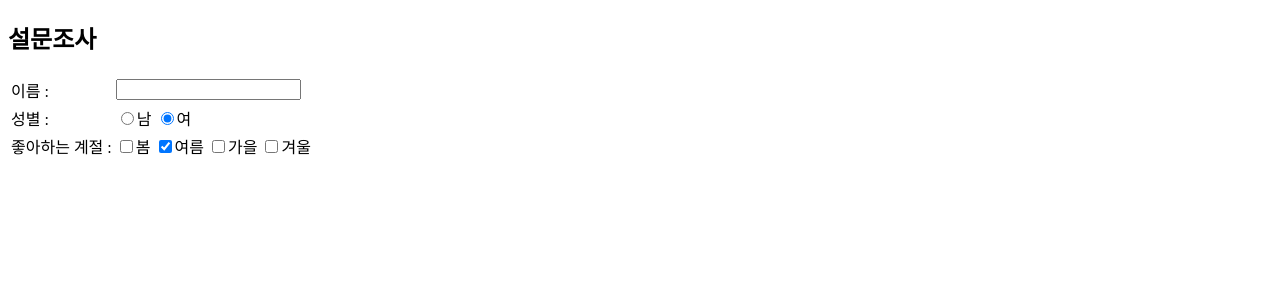
Repository: itrecipe/Web_ez
Page: http://localhost/jspCh04/02_reserchForm.jsp
An editor plug-in stored every save of this project. The page is shown before and after the next save, followed by the edit.
The browser window is 1280 px wide. The pictures show the whole page.
The page is served by Tomcat 9.

Above is the page before, as saved 2023-03-30 01:16:43.

### jspCh04/src/main/webapp/02_reserchForm.jsp
<%@ page language="java" contentType="text/html; charset=UTF-8"
	pageEncoding="UTF-8"%>
<!DOCTYPE html>
<html>
<head>
<meta charset="UTF-8">
<title>reserchForm.jsp</title>
</head>
<body>
	<h2>설문조사</h2>
	<form action="02_research.jsp" method="post">
		<table>
			<tr>
				<td>이름 : </td>
				<td><input type="text" name="name" size="20"></td>
			</tr>
			<tr>
				<td>성별 : </td>
				<td>
					<input type="radio" name="gender" value="male">남
					<input type="radio" name="gender" value="female" checked="checked">여
				</td>
		    </tr>
		    <tr>
		    	<td>좋아하는 계절 : </td>
		    	<td>
		    		<input type="checkbox" name="season" value="1">봄
		    		<input type="checkbox" name="season" value="2" checked="checked">여름
		    		<input type="checkbox" name="season" value="3">가을
		    		<input type="checkbox" name="season" value="4">겨울
		    	</td>

		    </tr>
		</table>

	</form>

</body>
</html>

After the next save:
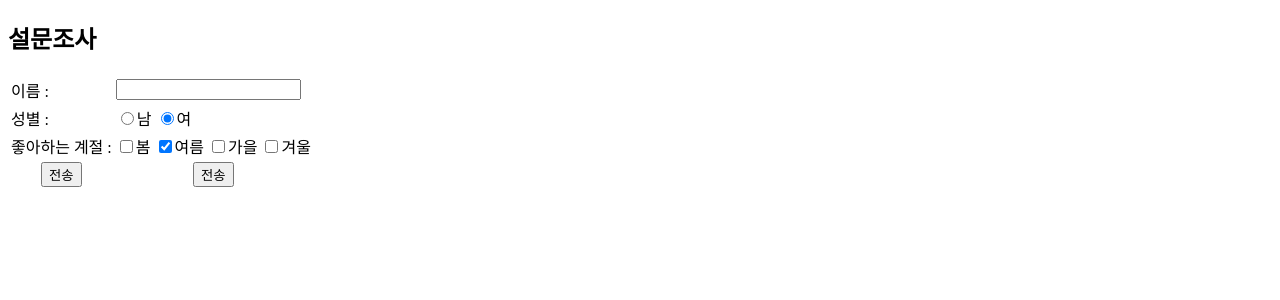
Saved 38 s later.
--- a/jspCh04/src/main/webapp/02_reserchForm.jsp
+++ b/jspCh04/src/main/webapp/02_reserchForm.jsp
@@ -29,6 +29,10 @@
 		    		<input type="checkbox" name="season" value="3">가을
 		    		<input type="checkbox" name="season" value="4">겨울
 		    	</td>
+		    </tr>
+		    <tr align="center">
+		    	<td><input type="submit" value="전송"</td>
+		    	<td><input type="submit" value="전송"</td>
 
 		    </tr>
 		</table>
